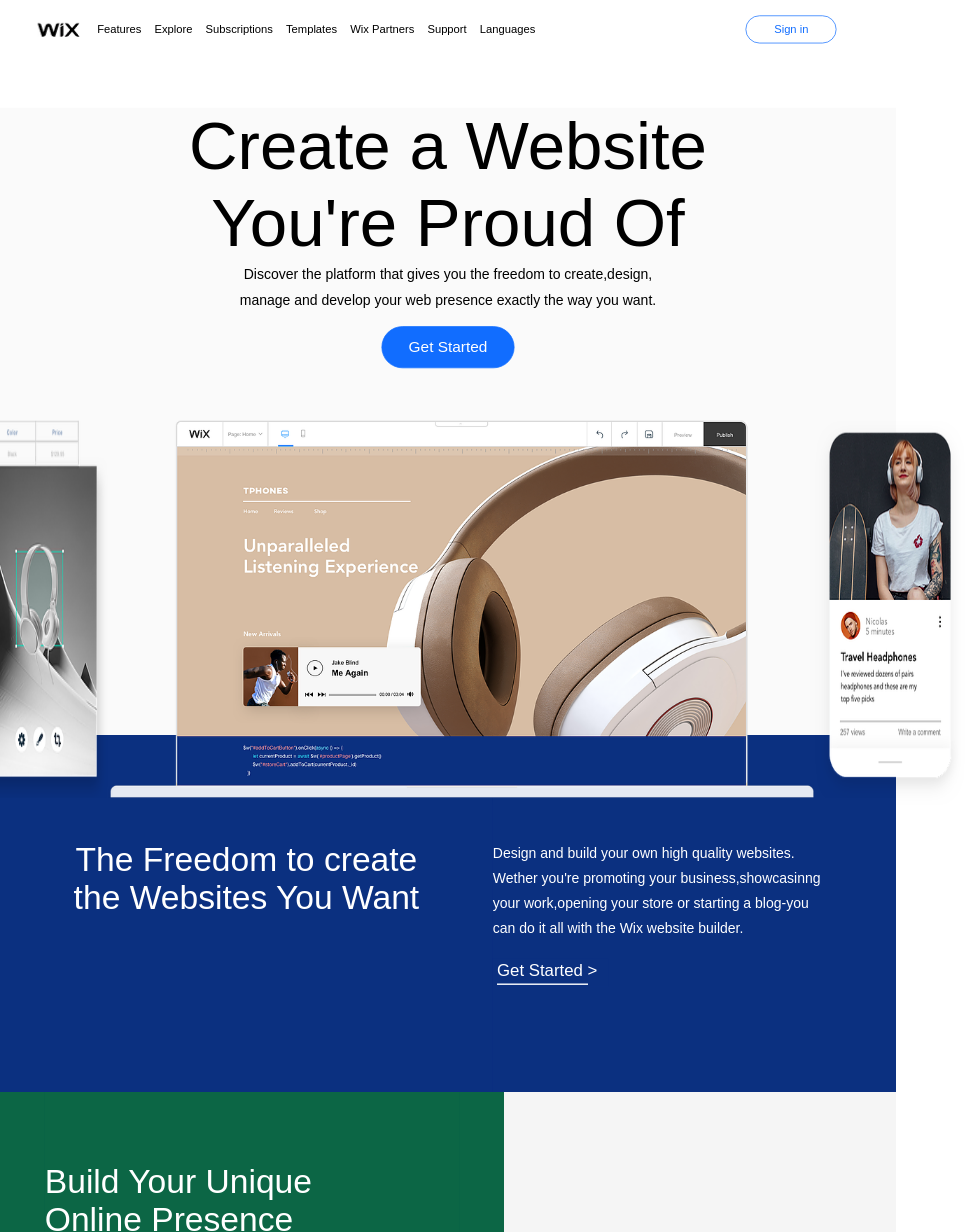
Repository: ClaraChaouat/Wix-web-page-layout-replication
Page: index.html
An editor plug-in stored every save of this project. The page is shown before and after a run of saves, followed by the edit.
The browser window is 1280 px wide. The page is 1379 px wide, so the pictures cover 1379 px, including what lies to the right of the window. The pictures show the part of the page from y = 0 to 1760 px (the page is 3155 px tall), at 70% of full size.

Above is the page before, as saved 2022-07-20 10:01:08.

### index.html
<!DOCTYPE html>
<html lang="en">

<head>
    <meta charset="UTF-8">
    <meta name="viewport" content="width=device-width, initial-scale=1.0">
    <title>Document</title>
    <link href="style.css" rel="stylesheet" />
</head>

<body>
    <div class="navbar-container">

        <ul class="navbar">
            <li class="nav-item"><a href="#"><img src="../images/WixLogo.png" alt="WixLogo" width="72" height="28"></a>
            </li>
            <li class="nav-item"><a href="#">Features</a></li>
            <li class="nav-item"><a href="#">Explore</a></li>
            <li class="nav-item dropdown"><a href="#">Subscriptions</a>
            </li>
            <li class="nav-item"><a href="#">Templates</a></li>
            <li class="nav-item"><a href="#">Wix Partners</a></li>
            <li class="nav-item"><a href="#">Support</a></li>
            <li class="nav-item"><a href="#">Languages</a></li>
            <button class="SignIn Btn" type="button">Sign in</button>
        </ul>
    </div>
    <div class="main-container">
        <span class="main-title">Create a Website <br />You're Proud Of</span>

        <span class="subtitle">Discover the platform that gives you the freedom to create,design, <br />manage and
            develop your web presence exactly the way you want. </span>
        <button class="get-started Btn" type="button">Get Started</button>
        <div class="banner">
            <img class="leftImage" src="../images/leftImage.webp" alt="headphones-img">
            <img class="middleImage" src="../images/middleImage.webp" alt="headphone-white-version-img">
            <img class="rightImage" src="../images/RightImage.webp" alt="headphone-user">
        </div>
        <div class="overlayed-blue-section">
        </div>
        <div class="blue-section">
            <div class=mid-blue-section1>
                <div class="mid-blue-section1-text">
                    <p>The Freedom to create<br> the Websites You Want</p>
                </div>
            </div>

            <div class="mid-blue-section2">
                <div class="mid-blue-section2-text">
                    <p>Design and build your own high quality websites.<br>
                        Wether you're promoting your business,showcasinng<br>
                        your work,opening your store or starting a blog-you<br>
                        can do it all with the Wix website builder.</p>
                </div>
                <div class="blue-section-btn">
                    <button class="get-started-btn-blue-section" type="button">Get Started ></button>
                </div>
            </div>
        </div>
        <div class="green-section">
            <div class="mid-green-section">
                <div class="sub-section1">
                    <div class="sub-section1-title">
                        <span class="title"> Build Your Unique<br>Online Presence</span>
                        <span class="subtitle">To create your own website,follow this steps:</span>
                    </div>

                </div>
                <div class="sub-section2">
                    <div class="sub-section2-left">
                        <h3>Customize your site</h3>
                        <p>Pick a template and customize <br>anything,or answer a few questions and gets a free website
                            designed just for you</p>

                    </div>
                    <div class="sub-section2-right">
                        <h3>Add advanced features</h3>
                        <p>Start you own blog, add online<br> store and accept bookings online.<br>You can always add
                            more features<br> as you grow</p>
                    </div>

                </div>
                <div class="sub-section3">
                    <div class="sub-section3-left">
                        <h3>Edit your mobile view</h3>
                        <p>Check out the mobile-optimized version of your site.Switch to <br> Mobile Editor to
                            personalize <br> it even more.</p>
                    </div>
                    <div class="sub-section3-right">
                        <h3>Optimize for search engines</h3>
                        <p>Answer a few questions about your website, location and keywords and get a personalized SEO
                            plan to get found online.</p>
                    </div>

                </div>
                <div class="start-btn">
                    <button class="start-now-btn" type="button">Start Now ></button>
                </div>
            </div>
            <div class="mid-white-section">
                <img class="mid-section-white-img" src="../images/branding-studio.webp" alt="creative branding studio">
            </div>
        </div>
        <div class="white-section">
            <div class="white-section-pic">
                <img class="white-section-image" src="../images/white-section-image.webp" alt="stylish black woman">
            </div>
            <div class=white-section-text>
                <h2>Wix Editor<br>Total Design Freedom</h2>
                <p>Start from scratch or choose from over 500 designer-made templates to make your own website. With the
                    world's most innovative drag<br> and drop website builder,you can customize or change anything. Make
                    your site come to life with video backgrounds,scroll effects and animation.<br>With the Wix editor,
                    you can create your own professional website that looks stunning.</p>
                <div class="get-started-white-section-btn">
                    <button class="get-started-ws-btn" type="button">Get Started ></button>
                </div>
            </div>
        </div>
    <div/>

</body>

</html>

### style.css
* {
	box-sizing: border-box;
}
body {
	margin: 0;
	padding: 0;
	border: 0;
	outline: 0;
	background: 0 0;
	overflow-x: hidden;
	overflow-y: scroll;
	height: 100%;
	font-size: 10px;
	font-family: Arial, Helvetica, sans-serif;
	display: flexbox;
	width: auto;
}
.navbar {
	background: 0 0;
	isplay: flex;
    justify-content: center;
    align-items: center;
	height: 134px;
	position: relative;
	width: 100%;
	top: 0;
}

.nav-item {
	color: black;
	display: inline-block;
	font-weight: normal;
	text-decoration: none;
	padding: 8px;
	line-height: 48px;
	font-size: 16px;

}

a {
	color: black;
	text-decoration: none;
}

img {
	vertical-align: middle;
}

button.SignIn.Btn {
	background-color: transparent;
	font-size: 16px;
	color: #116dff;
	width: 130px;
	height: 40px;
	border: 1px solid rgba(17, 109, 255, 1);
	cursor: pointer !important;
	text-align: center;
	white-space: nowrap;
	display: inline-block;
	align-items: flex-end;
	margin-left: 290px;
	border-radius: 38px 38px 38px 38px;
	transition: border-color 0.4s ease 0s background color 0.4s ease 0s;
}

button.SignIn.Btn:hover {
	background-color: rgba(17, 109, 255, 1);
	color: white;
}

.main-container {
	width: auto;
	top: 0;
	bottom: 0;
	height: auto;
	text-align: center;
	background-color: #fafafa;
}

.main-title {
	font-size: 96px;
	color: black;
	margin: 0 auto;
	display: block;
}

.subtitle {
	font-size: 20px;
	letter-spacing: 0em;
	line-height: 1.8em;
	display: block;
}

button.get-started.Btn {
	background-color: #116dff;
	color: #ffffff;
	display: block;
	font-size: 22px;
	width: 190px;
	height: 60px;
	border: solid rgba(17, 109, 255, 1) 1px;
	cursor: pointer !important;
	margin-bottom: 50px;
	display: inline-block;
	border-radius: 38px 38px 38px 38px;
	margin-top: 20px;
	margin-bottom: 75px;
}

button.get-started.Btn:hover {
	background-color: rgba(15, 107, 255, 0.9);
	color: #ffffff;
}
.banner {
	display: flex;
	justify-content: center;
}

img.left-image {
	margin-left: -30px;
	float: left;
	object-fit: cover;
	width: 254px;
	height: 271px;
	margin-top: 100px;
}

img.middle-image {
	object-fit: cover;
	font-size: 0;
	margin-left: -190px;
	margin-right: -75px;
	width: auto;
	height: 100%;
	object-fit: cover;
	/*background-color: royalblue;*/
	margin-left: -80px;
}

img.right-image {
	float: right;
	object-fit: cover;
	/*background-color: red;*/
	width: 215px;
	height: 386px;
}

img.right-image {
	margin-left: -30px;
	margin-top: 30px;
}

.overlayed-blue-section {
	background-color: #0b3080;
	height: 100px;
	margin-top: -100px;
}

.blue-section {
	background-color: #0b3080;
	height: 420px;
	margin-top: -10px;
	display: flex;
}

.mid-blue-section1 {
	background-color: #0b3080;
	width: 55%;
	color: #ffffff;
	font-size: 48px;
	justify-content: center;
}

.mid-blue-section2 {
	background-color: #0b3080;
	width: 45%;
	justify-content: center;
}

.mid-blue-section1-text {
	margin-top: 60px;
	color: #ffffff;
}

.mid-blue-section2-text {
	font-size: 20px;
	line-height: 1.8em;
	color: #ffffff;
	margin-top: 60px;
	justify-content: center;
	text-align: start;
}

.blue-section-btn {
	text-align: left;
	margin-top: 25px;
}

button.get-started-btn-blue-section {
	background-color: #0b3080;
	color: #ffffff;
	font-size: 24px;
	font-style: normal;
	font-weight: 400;
	width: 165px;
	height: 40px;
	cursor: pointer;
	text-align: left;
	border: none;
}

button.get-started-btn-blue-section:after {
	content: "";
	display: block;
	width: 85%;
	padding-top: 5px;
	border-bottom: 2px solid #ffffff;
}

.green-section {
	background-color: #0c6645;
	height: 800px;
	display: flex;
}

.mid-green-section {
	background-color: #0c6645;
	width: 55%;
	margin-left: 5%;
	margin-right: 5%;
}

.mid-white-section {
	background-color: #f5f5f5;
	width: 45%;
}

img.mid-section-white-img {
	margin-top: 230px;
}
.sub-section1 {
	background-color: #0c6645;
	height: 290px;
	display: flex;
}

.sub-section2 {
	background-color: #0c6645;
	height: 190px;
	display: flex;
}

.sub-section3 {
	background-color: #0c6645;
	height: 150px;
	display: flex;
}

.sub-section1-title {
	font-size: 48px;
	color: #ffffff;
	text-align: left;
	margin-left: 0;
	margin-top: 100px;
}

span.subtitle {
	font-size: 20px;
}

.sub-section2-left {
	width: 45%;
	border-top: 1px solid #ffffff;
	border-bottom: 1px solid #ffffff;
	text-align: left;
	margin-right: 15px;
}

.sub-section2-right {
	width: 55%;
	border-top: 1px solid #ffffff;
	border-bottom: 1px solid #ffffff;
	text-align: left;
	margin-left: 5px;
}

.sub-section2-left h3 {
	font-size: 20px;
	line-height: 1.7em;
	margin-bottom: 0;
	color: #ffffff;
}
.sub-section2-left p {
	font-size: 16px;
	margin-top: 2px;
	color: #ffffff;
	padding-bottom: 50px;
}
.sub-section2-right h3 {
	font-size: 20px;
	line-height: 1.7em;
	margin-bottom: 0;
	color: #ffffff;
}
.sub-section2-right p {
	font-size: 16px;
	margin-top: 2px;
	color: #ffffff;
}
.sub-section3-left {
	width: 45%;
	border-top: 0.5px solid #ffffff;
	text-align: left;
	margin-right: 15px;
}

.sub-section3-right {
	width: 55%;
	border-top: 0.5px solid #ffffff;
	text-align: left;
	margin-left: 5px;
}

.sub-section3-left h3 {
	font-size: 20px;
	line-height: 1.7em;
	margin-bottom: 0;
	color: #ffffff;
}
.sub-section3-left p {
	font-size: 16px;
	margin-top: 2px;
	color: #ffffff;
	padding-bottom: 50px;
}
.sub-section3-right h3 {
	font-size: 20px;
	line-height: 1.7em;
	margin-bottom: 0;
	color: #ffffff;
}
.sub-section3-right p {
	font-size: 16px;
	margin-top: 2px;
	color: #ffffff;
}

.start-btn {
	text-align: left;
	margin-top: 50px;
}

button.start-now-btn {
	background-color: #0c6645;
	color: #ffffff;
	font-size: 24px;
	font-style: normal;
	font-weight: 400;
	width: 140px;
	height: 40px;
	cursor: pointer;
	text-align: left;
	border: none;
}

button.start-now-btn:after {
	content: "";
	display: block;
	width: 85%;
	padding-top: 5px;
	border-bottom: 2px solid #ffffff;
}

.white-section {
	margin-top: 70px;
	height: fit-content;
	margin-bottom: 60px;
}

.white-section-pic {
	display: inline-block;
	vertical-align: top;
}

.white-section-text {
	display: inline-block;
	width: 480px;
	margin-left: 20px;
}

.white-section-text h2 {
	font-size: 46px;
	line-height: 1.2em;
	text-align: left;
}

.white-section-text p {
	font-size: 21px;
	line-height: 1.2em;
	text-align: left;
}

.get-started-white-section-btn {
	text-align: left;
	margin-top: 30px;
}

button.get-started-ws-btn {
	background-color: transparent;
	color: black;
	font-size: 20px;
	font-style: normal;
	font-weight: 400;
	width: 160px;
	height: 40px;
	cursor: pointer;
	text-align: left;
	border: none;
	margin-top: 120px;
}

button.get-started-ws-btn:after {
	content: "";
	display: block;
	width: 72%;
	padding-top: 5px;
	border-bottom: 2px solid black;
}

After the next 2 saves:
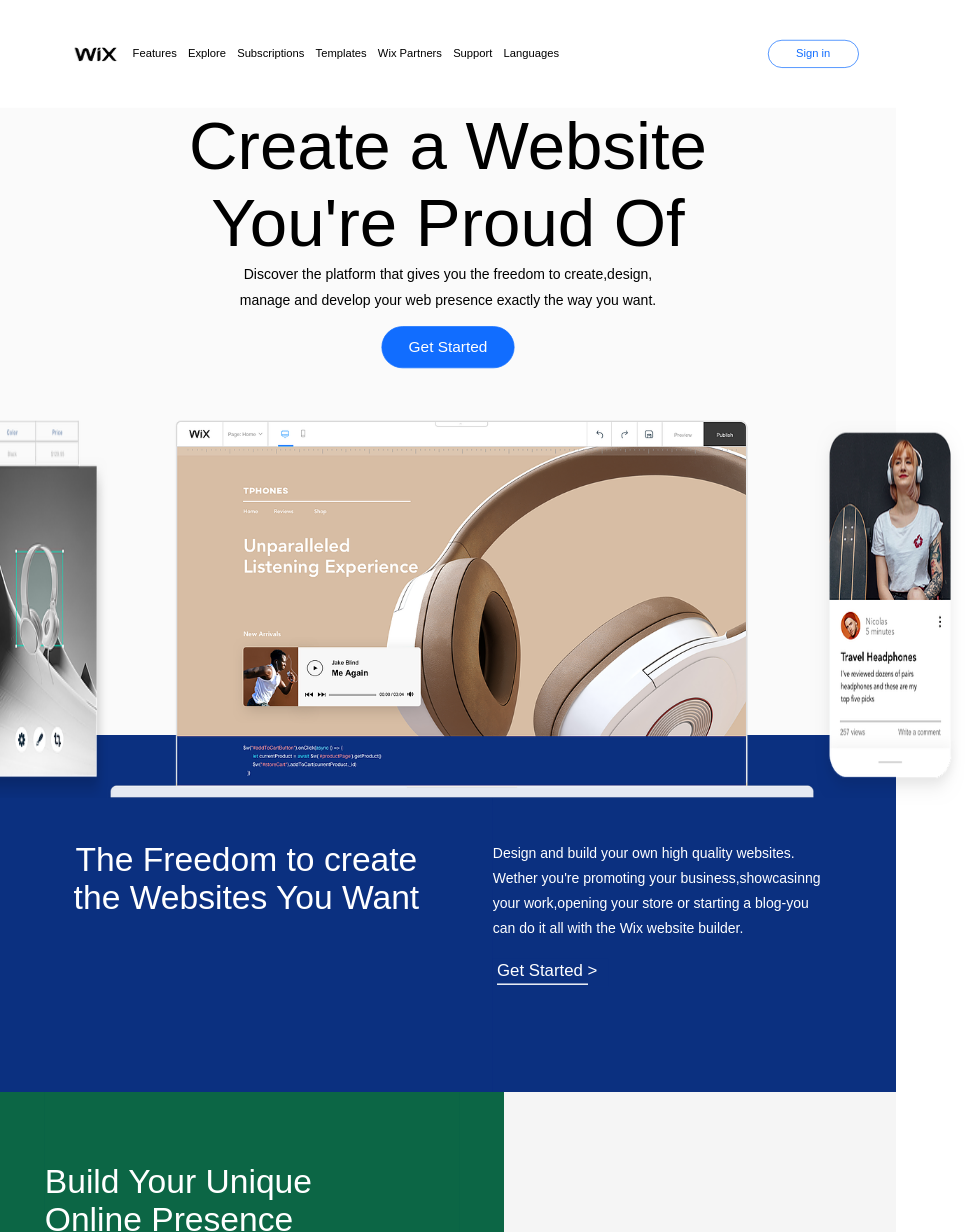
The 2 saves are shown as one change because they came seconds apart.
The last was saved 8 s later.
--- a/style.css
+++ b/style.css
@@ -17,13 +17,13 @@
 }
 .navbar {
 	background: 0 0;
-	isplay: flex;
+	display: flex;
     justify-content: center;
     align-items: center;
 	height: 134px;
 	position: relative;
 	width: 100%;
-	top: 0;
+
 }
 
 .nav-item {
